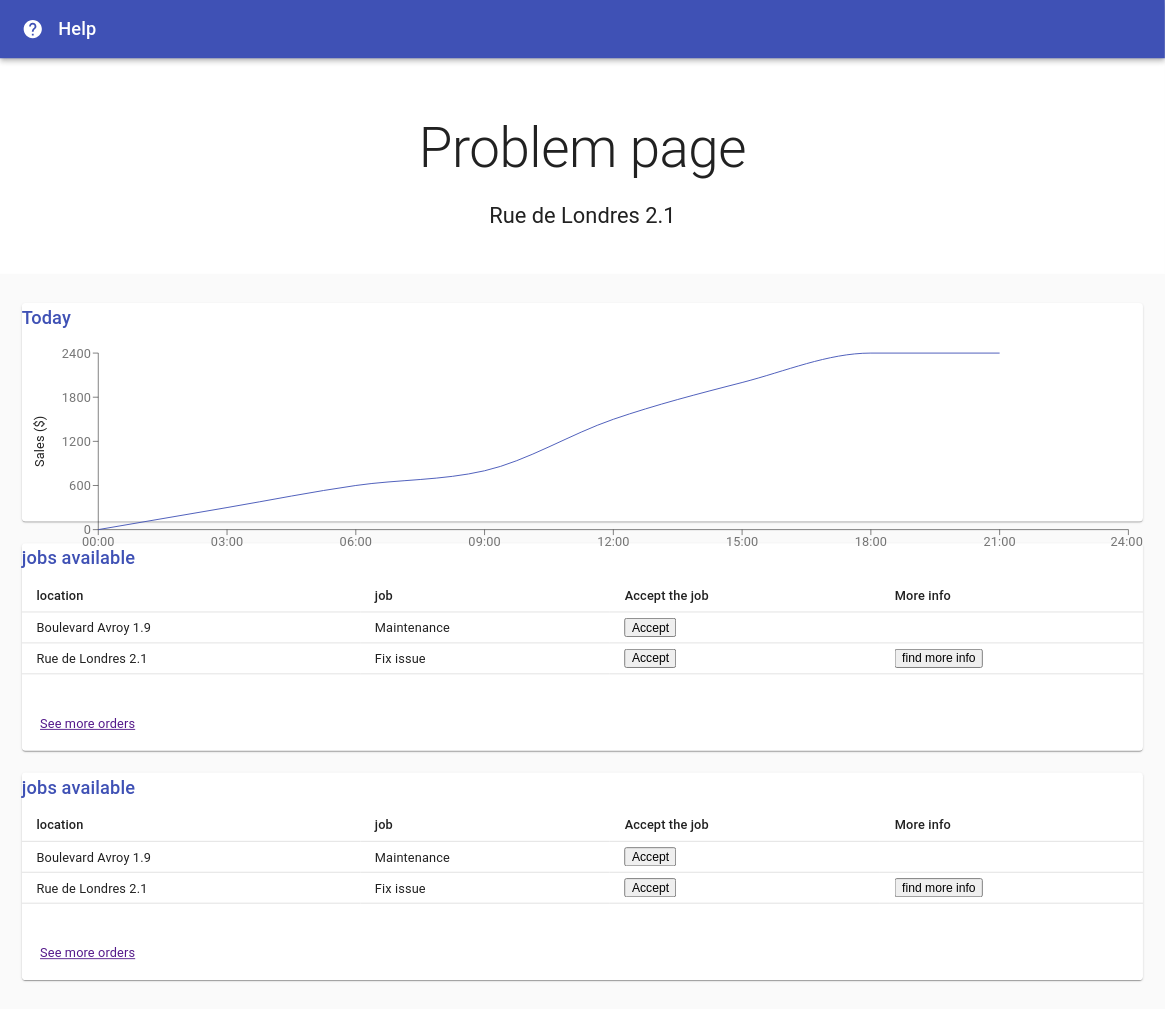
Repository: sapbrussels/intelligenthighway_webapp
Page: /Problempage (app in router/)
The author's editor kept a copy of each file at every save. The page is drawn from the files as they stood at one save, then again after the next save.
The browser window is 1280 px wide. The pictures show the whole page, at 91% of full size.
The project was rebuilt for these pictures with package versions that can differ from the ones it lists, and the page was loaded fresh each time. Also part of the build but not shown: router/src/App.css, router/src/Login.js, router/src/Maps.js, router/src/Jobspage.js, router/src/Direction.js, router/src/Maintenance.js, router/src/Help.js.

Above is the page before, as saved 2020-03-31 15:07:31.

After the next save:
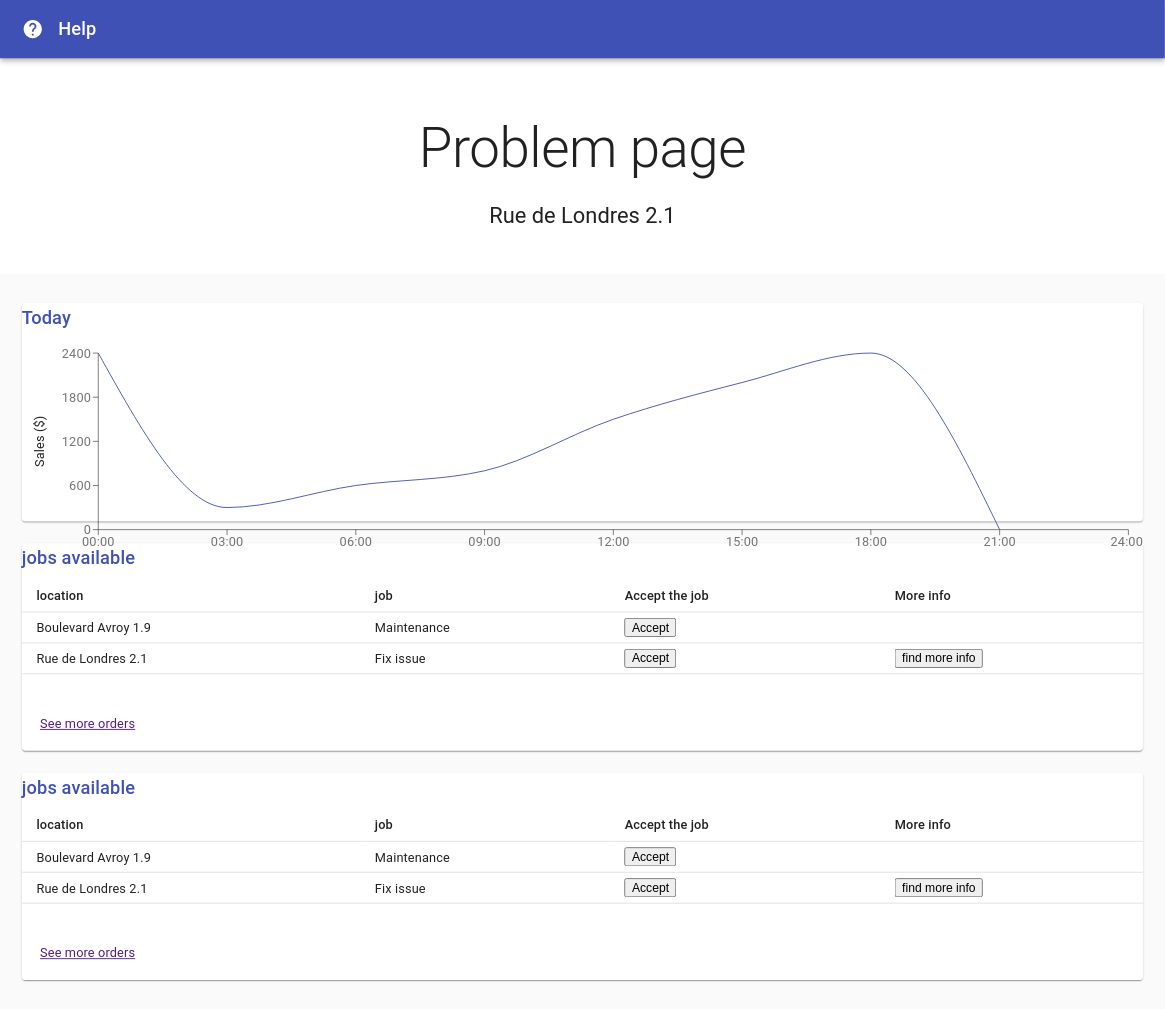
Saved 92 s later.
--- a/router/src/Voltage.js
+++ b/router/src/Voltage.js
@@ -9,14 +9,14 @@ function createData(time, amount) {
 }
 
 const data = [
-  createData('00:00', 0),
+  createData('00:00', 2400),
   createData('03:00', 300),
   createData('06:00', 600),
   createData('09:00', 800),
   createData('12:00', 1500),
   createData('15:00', 2000),
   createData('18:00', 2400),
-  createData('21:00', 2400),
+  createData('21:00', 0),
   createData('24:00', undefined),
 ];
 
